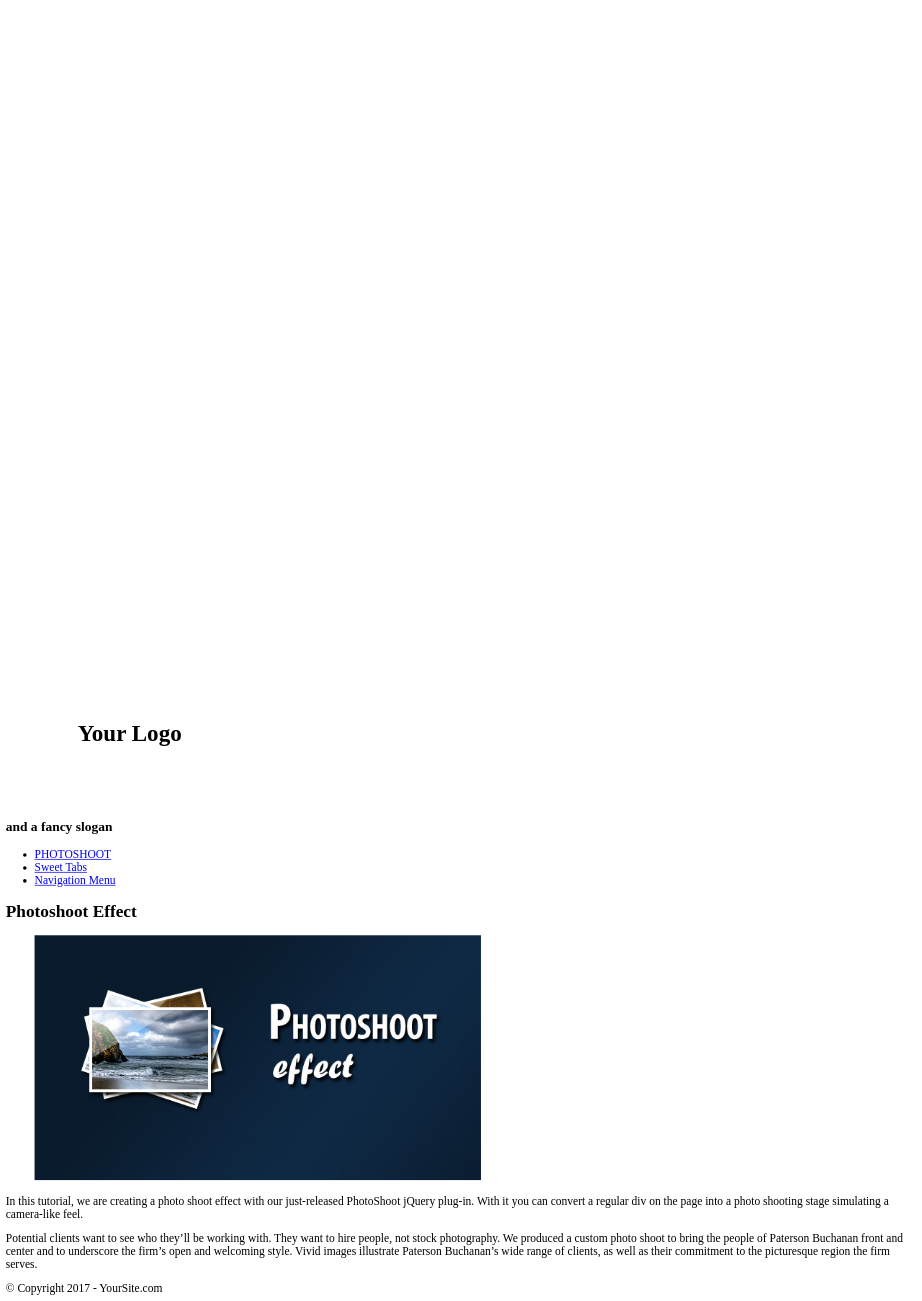
Repository: Helianthusss/Learn-CPP
Page: HTML/Lab-03/Lab-3-Resources/Ex01_PhotoShootEffect/photo-shoot-effect.html
These files come from the project's save history. The page is drawn as it stood at one moment and after the next save; the edit follows.
The browser window is 1280 px wide. The pictures show the whole page, at 72% of full size.

Above is the page before, as saved 2021-10-13 07:37:02.

After the next save:
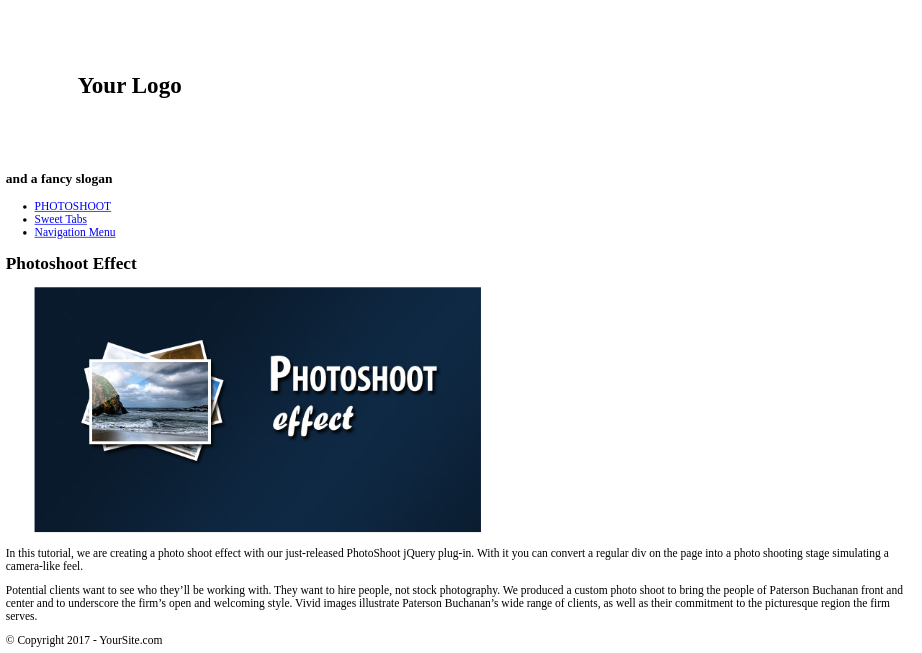
Saved 6 s later.
--- a/HTML/Lab-03/Lab-3-Resources/Ex01_PhotoShootEffect/photo-shoot-effect.css
+++ b/HTML/Lab-03/Lab-3-Resources/Ex01_PhotoShootEffect/photo-shoot-effect.css
@@ -1,5 +1,5 @@
 h1 {
-  margin-top: 1000px;
+  margin-top: 100px;
   margin-bottom: 100px;
   margin-right: 150px;
   margin-left: 100px;

After the save that followed:
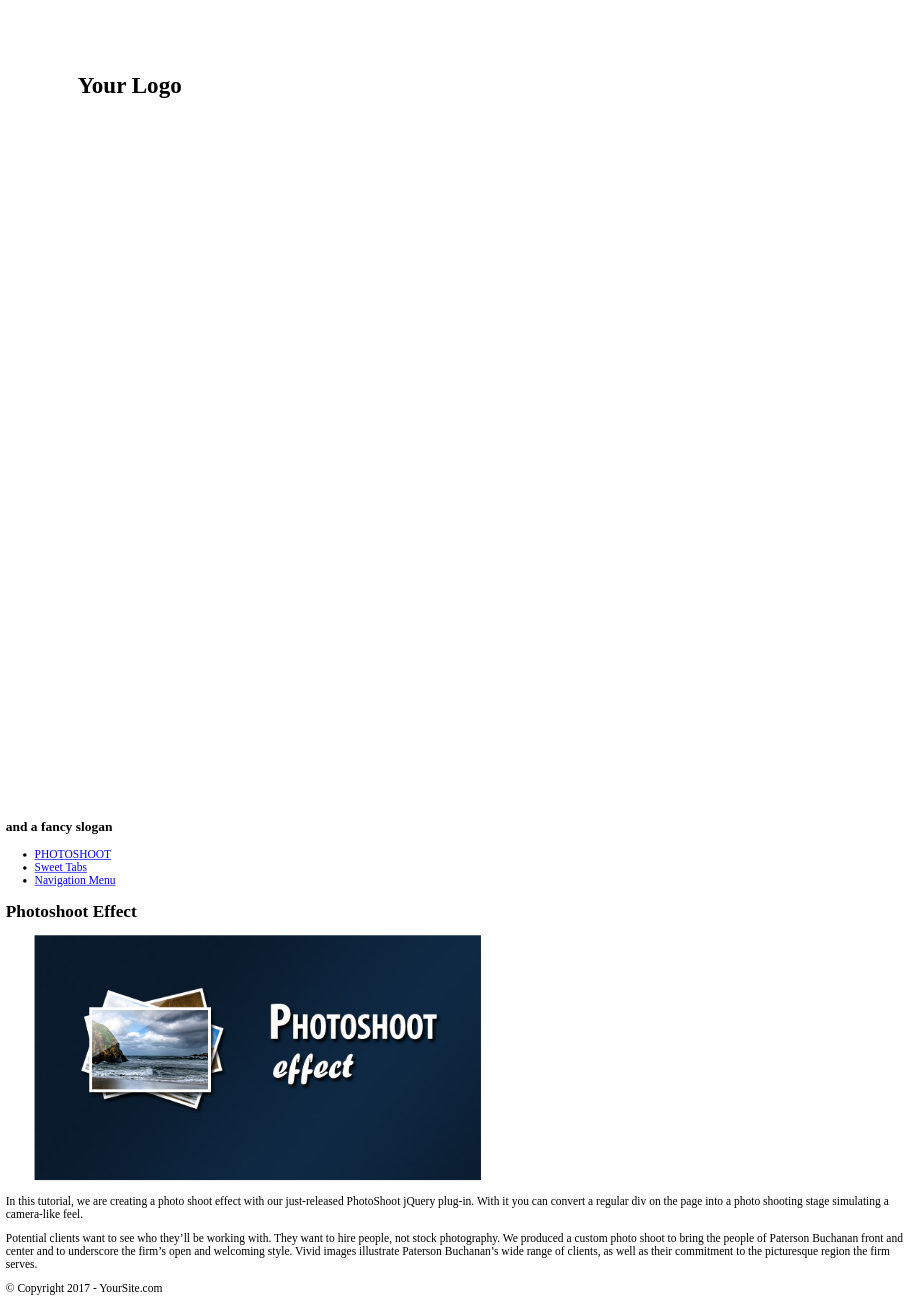
Saved 8 s later.
--- a/HTML/Lab-03/Lab-3-Resources/Ex01_PhotoShootEffect/photo-shoot-effect.css
+++ b/HTML/Lab-03/Lab-3-Resources/Ex01_PhotoShootEffect/photo-shoot-effect.css
@@ -1,6 +1,6 @@
 h1 {
   margin-top: 100px;
-  margin-bottom: 100px;
+  margin-bottom: 1000px;
   margin-right: 150px;
   margin-left: 100px;
 }
